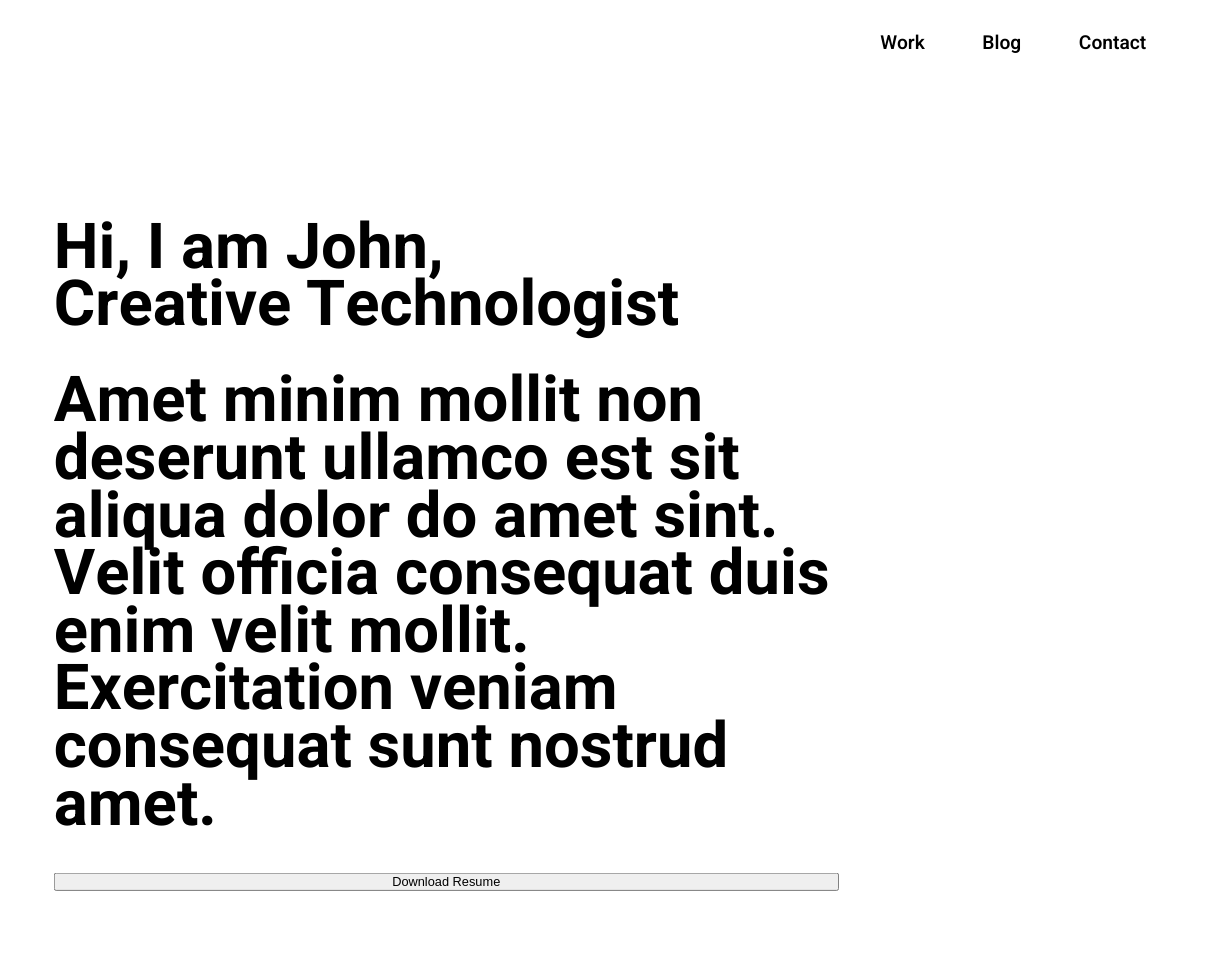
Repository: sharma171/portfolio
Page: /
The author's editor kept a copy of each file at every save. The page is drawn from the files as they stood at one save, then again after the next save.
The browser window is 1280 px wide. The pictures show the whole page, at 96% of full size.
The project was rebuilt for these pictures with package versions that can differ from the ones it lists, and the page was loaded fresh each time. The framework's server and built-in components were replaced by stand-ins that run in the browser. Also part of the build but not shown: next.config.mjs.

Above is the page before, as saved 2024-06-01 00:05:45.

After the next save:
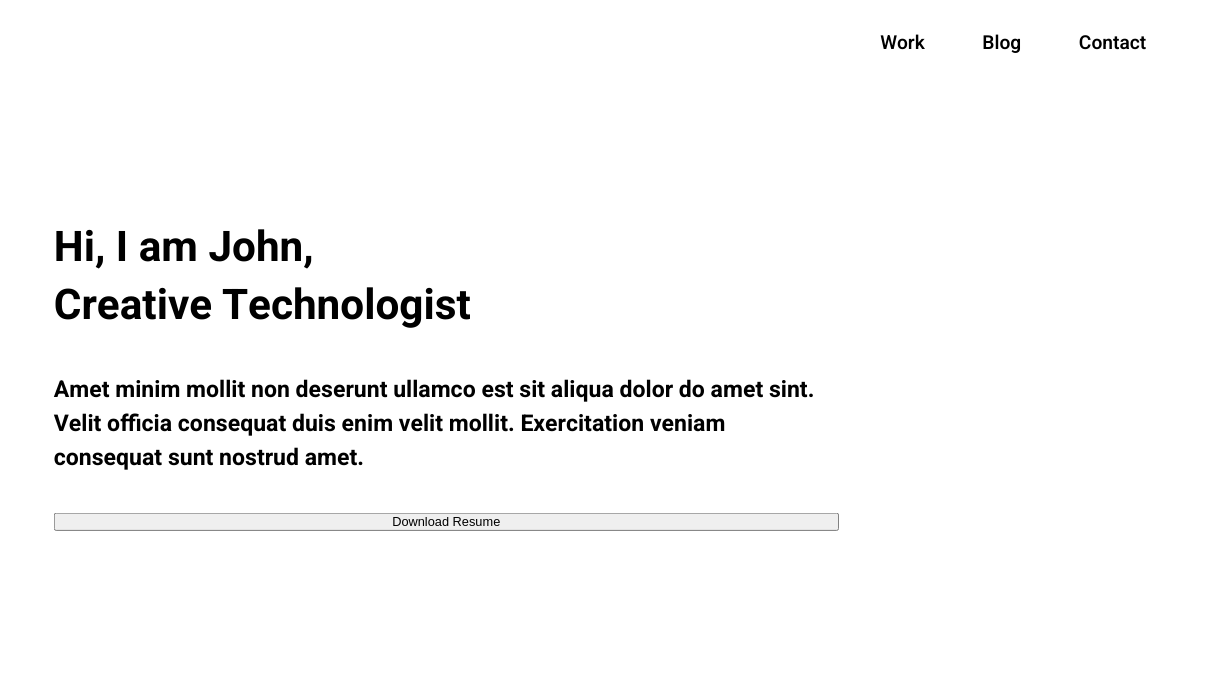
Saved 35 s later.
--- a/src/app/page.css
+++ b/src/app/page.css
@@ -13,7 +13,7 @@
   margin-top: 140px;
   margin-bottom: 70px;
 }
-.hero .hero-lhs .hero-cta {
+.hero .hero-lhs .hero-cta .main-head {
   font-size: 2.75rem;
   line-height: 3.75rem;
 }
